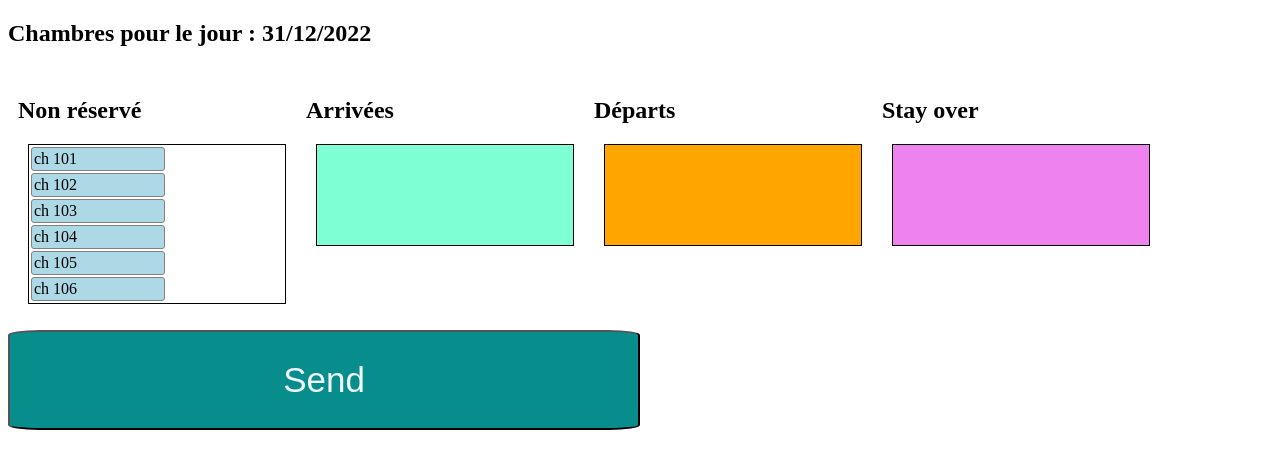
Repository: boschierob/order-app
Page: drag.html
These files come from the project's save history. The page is drawn as it stood at one moment and after the next save; the edit follows.
The browser window is 1280 px wide. The pictures show the whole page.
Some web libraries are served in a nearby version.

Above is the page before, as saved 2023-01-01 00:44:44.

After the next save:
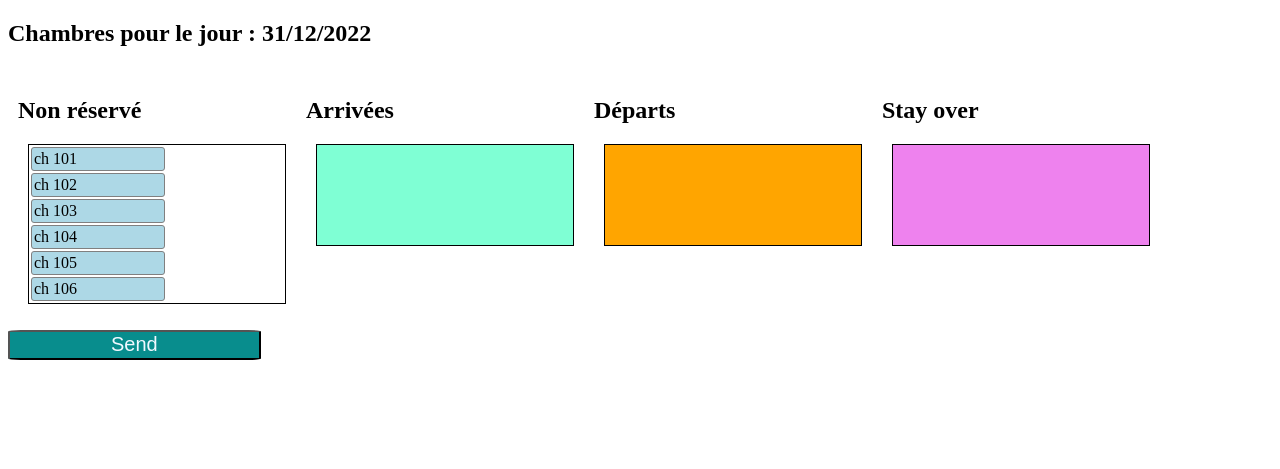
Saved 23 s later.
--- a/drag.html
+++ b/drag.html
@@ -66,12 +66,12 @@
       font-weight: bold;
     }
     .btn-large{
-      width:50%;
-      height:100px;
+      width:20%;
+      height:30px;
       background-color: rgb(8, 141, 141);
       color:aliceblue;
       border-radius: 5%;
-      font-size: 35px;
+      font-size: 20px;
     }
   </style>
 
